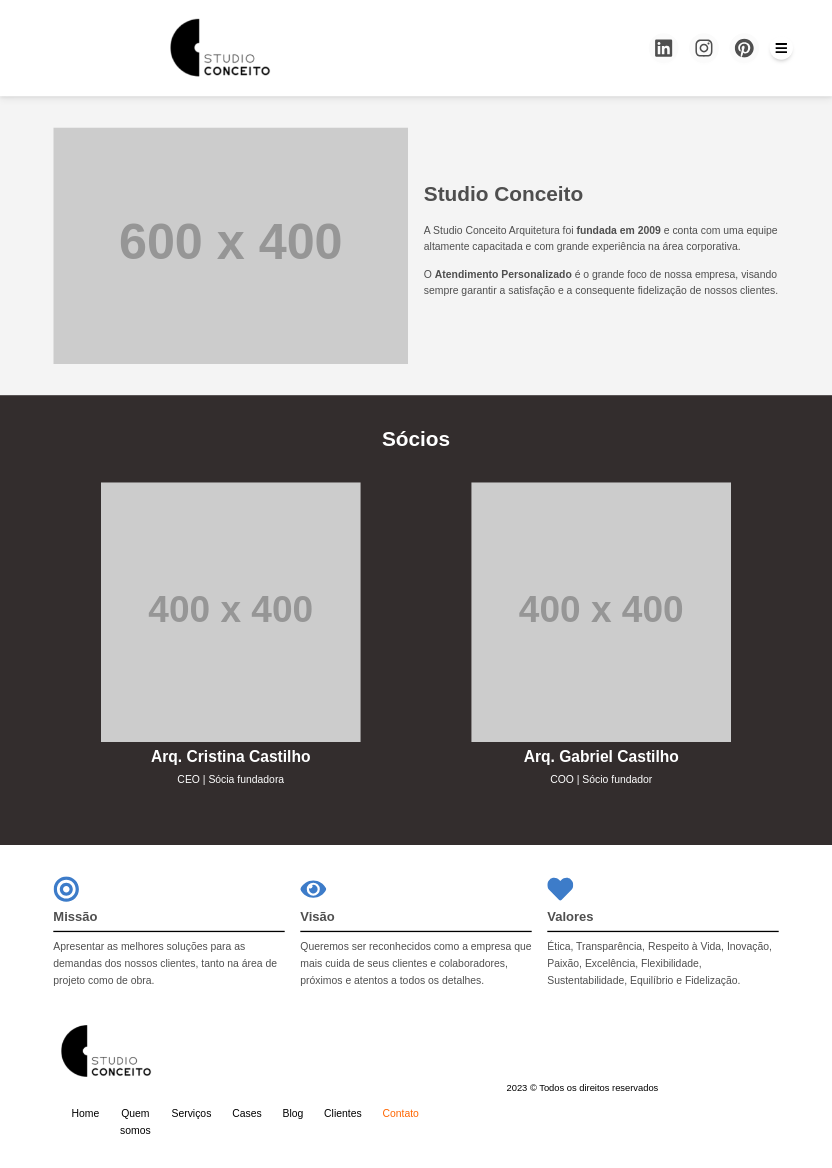
Repository: Upstairs-Agencia/studio-conceito-react
Page: /quem-somos
The author's editor kept a copy of each file at every save. The page is drawn from the files as they stood at one save, then again after the next save.
The browser window is 1280 px wide. The pictures show the whole page, at 65% of full size.
The project was rebuilt for these pictures with package versions that can differ from the ones it lists, and the page was loaded fresh each time. Also part of the build but not shown: src/pages/Home.js, src/pages/Servicos.js, src/styles/cases.css, src/pages/Cases.js, src/pages/Blog.js, src/pages/Clientes.js, src/pages/Contato.js.

Above is the page before, as saved 2024-12-29 12:01:01.

After the next save:
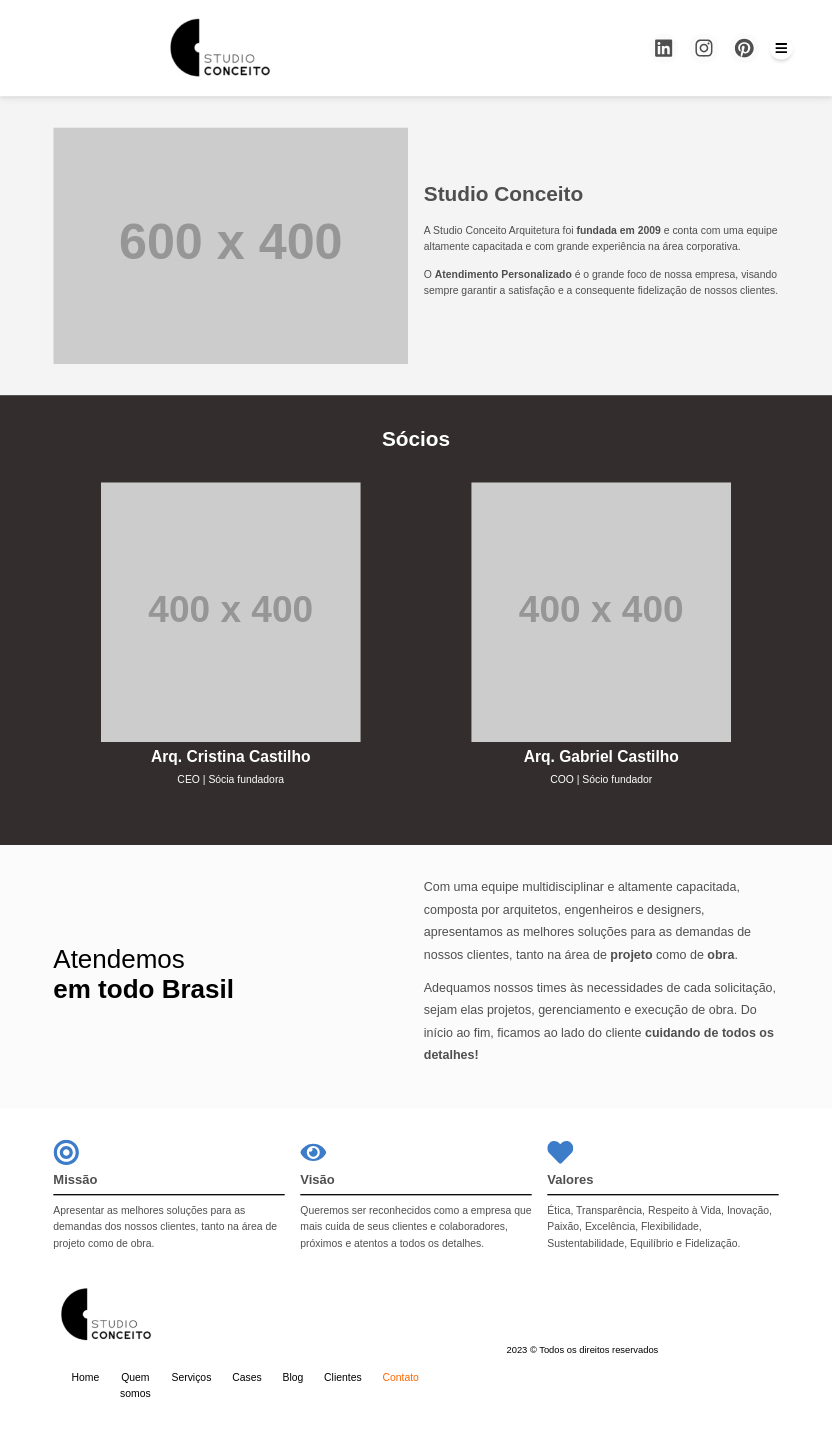
Saved 47 s later.
--- a/src/pages/QuemSomos.js
+++ b/src/pages/QuemSomos.js
@@ -3,7 +3,7 @@ import Navbar from "../components/navbar"; // Importando o componente Navbar
 import { MDBContainer, MDBRow, MDBCol } from "mdb-react-ui-kit";
 import { FaBullseye, FaEye, FaHeart } from "react-icons/fa";
 
-import Footer from '../components/footer';
+import Footer from "../components/footer";
 import "../styles/quemsomos.css";
 
 export default function QuemSomos() {
@@ -72,6 +72,33 @@ export default function QuemSomos() {
         </MDBContainer>
       </section>
 
+      {/* Atendemos em todo Brasil Section */}
+      <section className="py-5 bg-light">
+        <MDBContainer>
+          <MDBRow className="align-items-center">
+            <MDBCol md="6" className="title-container">
+              <h1 className="atendemos-title">Atendemos</h1>
+              <h1 className="brasil-title">em todo Brasil</h1>
+            </MDBCol>
+            <MDBCol md="6">
+              <p className="text-large">
+                Com uma equipe multidisciplinar e altamente capacitada, composta
+                por arquitetos, engenheiros e designers, apresentamos as
+                melhores soluções para as demandas de nossos clientes, tanto na
+                área de <span className="fw-bold">projeto</span> como de{" "}
+                <span className="fw-bold">obra</span>.
+              </p>
+              <p className="text-large">
+                Adequamos nossos times às necessidades de cada solicitação,
+                sejam elas projetos, gerenciamento e execução de obra. Do início
+                ao fim, ficamos ao lado do cliente{" "}
+                <span className="fw-bold">cuidando de todos os detalhes!</span>
+              </p>
+            </MDBCol>
+          </MDBRow>
+        </MDBContainer>
+      </section>
+
       {/* Missão, Visão e Valores Section */}
       <section className="py-5 bg-white">
         <MDBContainer>
